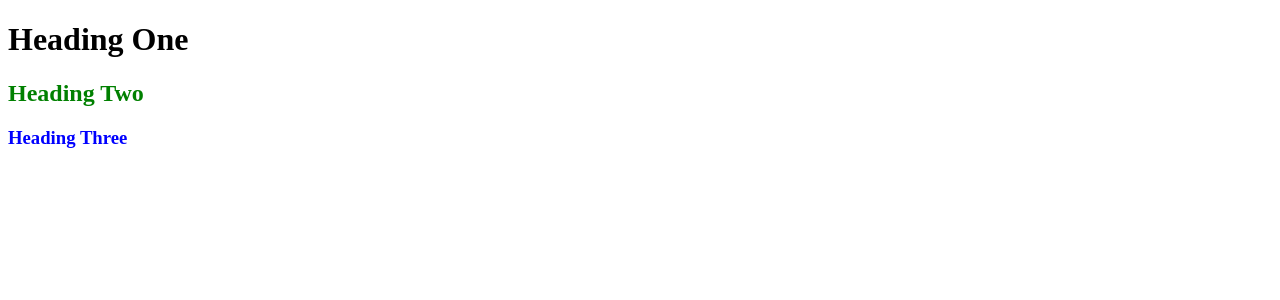
Repository: andiausrust/css-traversy
Page: css-basics/01_basic.html
An editor plug-in stored every save of this project. The page is shown before and after the next save, followed by the edit.
The browser window is 1280 px wide. The pictures show the whole page.

Above is the page before, as saved 2020-08-18 20:36:58.

After the next save:
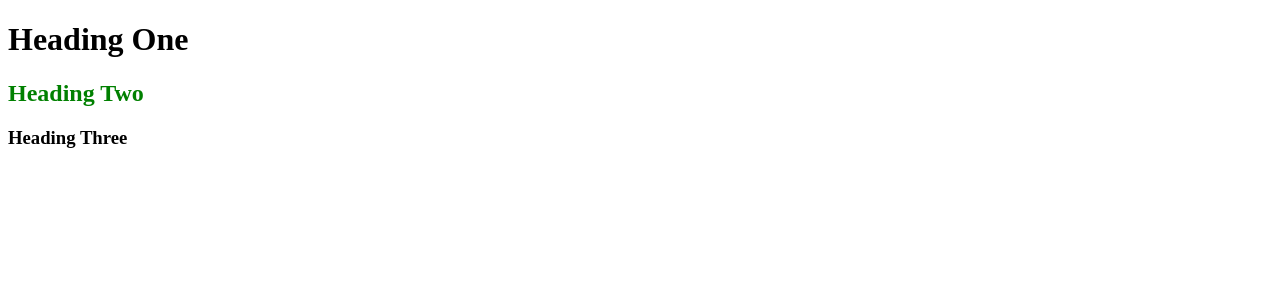
Saved 23 s later.
--- a/css-basics/01_basic.html
+++ b/css-basics/01_basic.html
@@ -3,7 +3,7 @@
     <head>
         <meta charset="UTF-8" />
         <meta name="viewport" content="width=device-width, initial-scale=1.0" />
-        <link rel="stylesheet" href="css/style.css" />
+        <link href="css/style.css" />
         <title>Implementing CSS</title>
         <style>
             h2 {

After the save that followed:
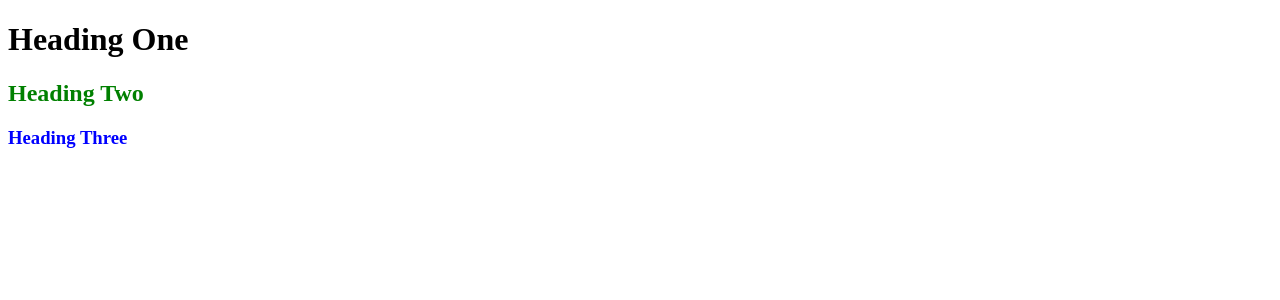
Saved 20 s later.
--- a/css-basics/01_basic.html
+++ b/css-basics/01_basic.html
@@ -3,7 +3,7 @@
     <head>
         <meta charset="UTF-8" />
         <meta name="viewport" content="width=device-width, initial-scale=1.0" />
-        <link href="css/style.css" />
+        <link rel="stylesheet" href="css/style.css" />
         <title>Implementing CSS</title>
         <style>
             h2 {
